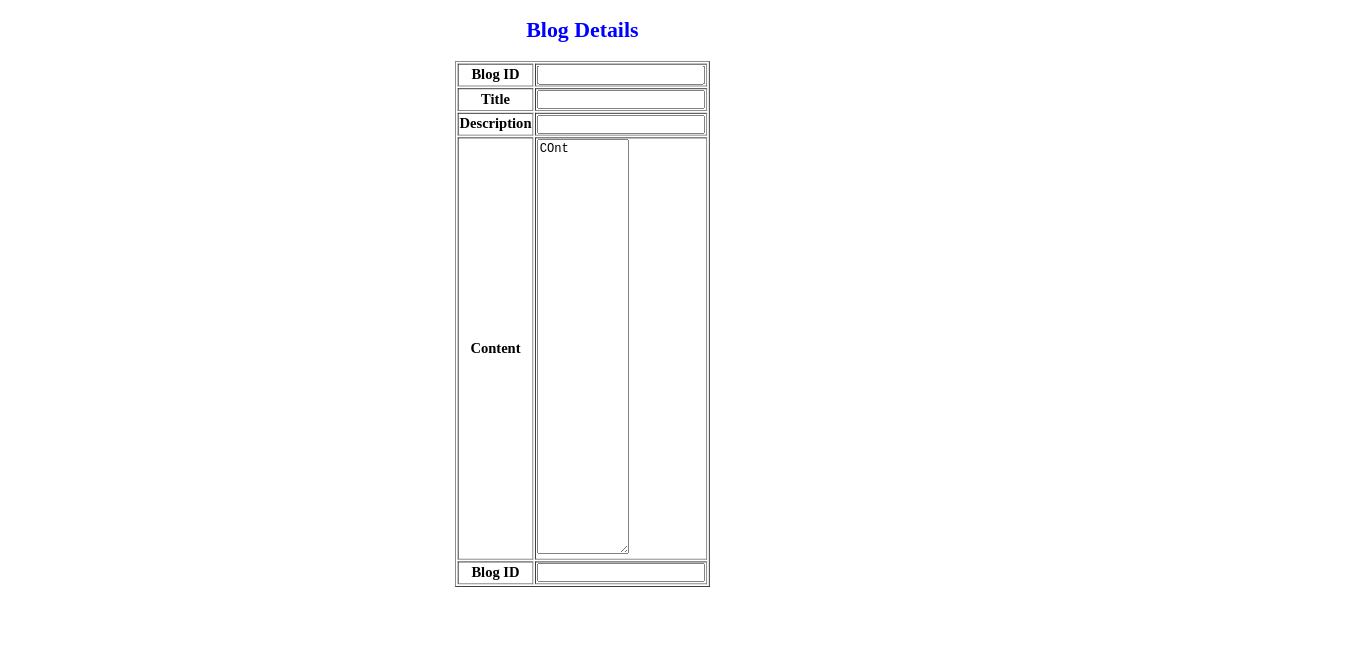
Repository: choubeyshubham018/CompleteJavaQuestions
Page: http://localhost/Ques_17_ServletBlogApplication/blog.jsp
An editor plug-in stored every save of this project. The page is shown before and after the next save, followed by the edit.
The browser window is 1280 px wide. The page is 1280 px wide, then 1508 px, so the pictures cover 1508 px, including what lies to the right of the window. The pictures show the whole page, at 91% of full size.
The page is served by Tomcat 9.

Above is the page before, as saved 2023-09-19 07:16:13.

After the next save:
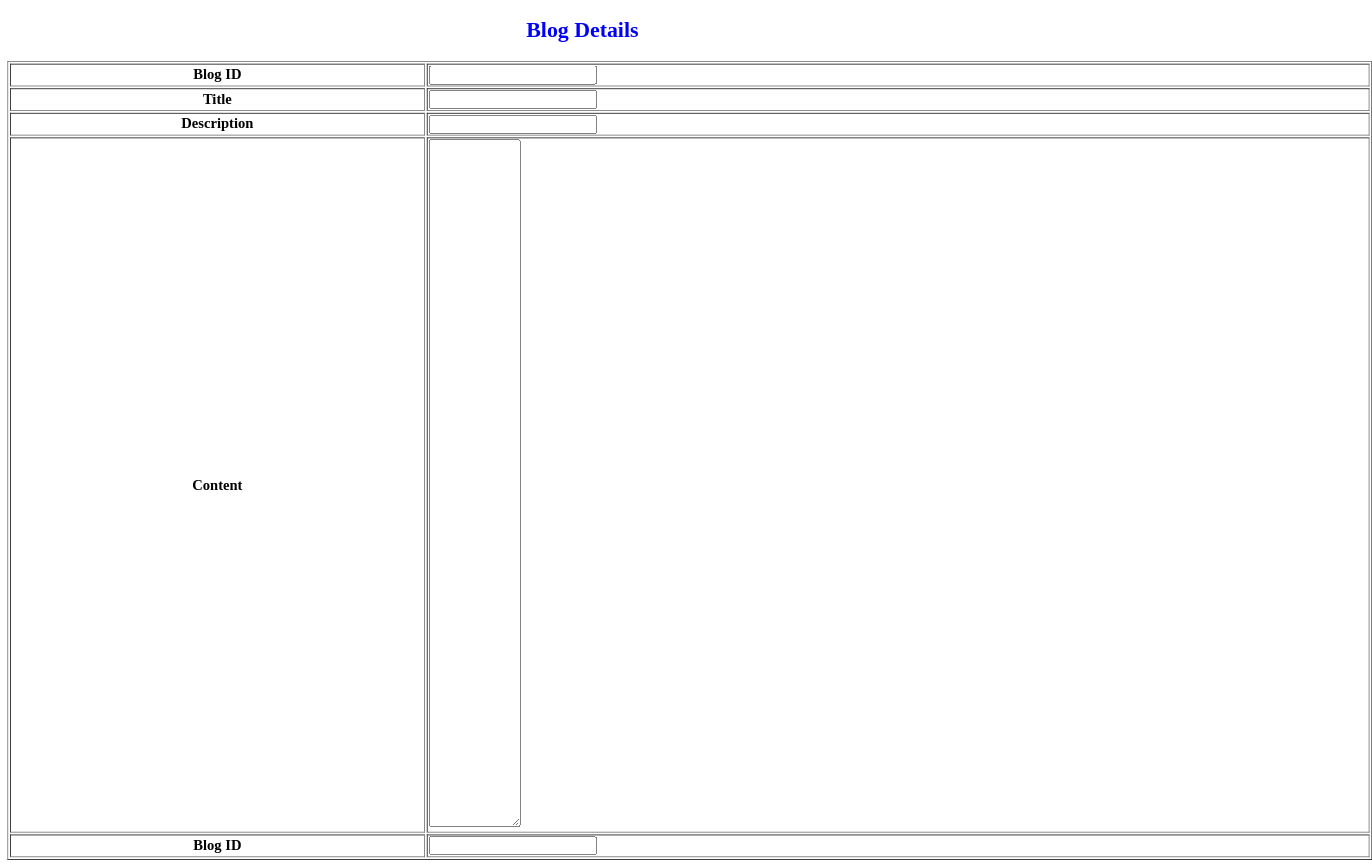
Saved 44 s later.
--- a/Servlet Assignment/Ques_17_ServletBlogApplication/src/main/webapp/blog.jsp
+++ b/Servlet Assignment/Ques_17_ServletBlogApplication/src/main/webapp/blog.jsp
@@ -9,7 +9,7 @@
 <body>
 <h2 style="text-align: center; color: blue;"> Blog Details</h2>
 <form action="/blog" method="post">
-<table align="center" border="1">
+<table align="center" border="1" width="1500 px">
 <tr>
 	<th>Blog ID  </th>
 	<td><input type="text" name="bid"></td>
@@ -25,7 +25,7 @@
 </tr>
 <tr>
 	<th>Content</th>
-	<td><textarea rows="30" cols="10" name="content">COnt</textarea></td>
+	<td><textarea rows="50" cols="10" name="content"></textarea></td>
 </tr>
 <tr>
 	<th>Blog ID</th>
